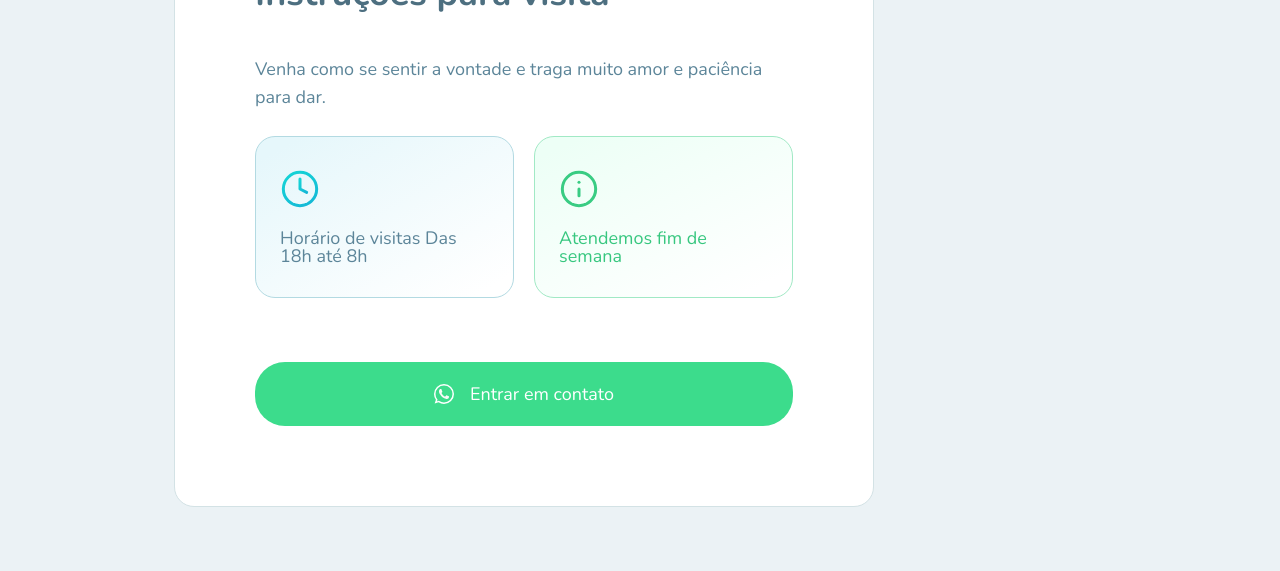
Repository: TeoNogueira/nlw3-rocketseatproject
Page: orphanage.html
These files come from the project's save history. The page is drawn as it stood at one moment and after the next save; the edit follows.
The browser window is 1280 px wide. The pictures show the part of the page from y = 1322 to 1893 px (the page is 1893 px tall before and 1792 px after).
Some web libraries are served in a nearby version.

Above is the page before, as saved 2020-10-14 14:06:40.

### orphanage.html
<!DOCTYPE html>
<html lang="en">

<head>
  <meta charset="UTF-8" />
  <meta name="viewport" content="width=device-width, initial-scale=1.0" />
  <title>Localize um Orfanato | Happy</title>

  <link rel="stylesheet" href="https://unpkg.com/leaflet@1.7.1/dist/leaflet.css"
  integrity="sha512-xodZBNTC5n17Xt2atTPuE1HxjVMSvLVW9ocqUKLsCC5CXdbqCmblAshOMAS6/keqq/sMZMZ19scR4PsZChSR7A=="
  crossorigin=""/>

  <!-- Make sure you put this AFTER Leaflet's CSS -->
 <script src="https://unpkg.com/leaflet@1.7.1/dist/leaflet.js"
   integrity="sha512-XQoYMqMTK8LvdxXYG3nZ448hOEQiglfqkJs1NOQV44cWnUrBc8PkAOcXy20w0vlaXaVUearIOBhiXZ5V3ynxwA=="
   crossorigin=""></script>


  <link rel="icon" href="/images/logo-icon.png" />
  <link rel="stylesheet" href="/css/main.css" />
  <link rel="stylesheet" href="/css/animations.css" />
  <link rel="stylesheet" href="/css/sidebar.css" />
  <link rel="stylesheet" href="/css/map.css" />
  <link rel="stylesheet" href="/css/page-orphanage.css" />
  <link href="https://fonts.googleapis.com/css2?family=Nunito:wght@400;600;700;800&display=swap" rel="stylesheet">

</head>

<body id="body">
  <div id="page-orphanage" class=""> <!--ORPHANAGE COMEÇO-->
    <aside class="animate-right sidebar">
      <img src="/images/map-marker.svg" alt="Happy" class="">


      <footer>

        <button onclick="history.back()">

          <img src="/images/arrow-back.svg" alt="Voltar" class="">
        </button>
      </footer>

    </aside>

    <main class="animate-appear with-sidebar">


      <div class="orphanage-details">

        <img src="/images/home.jpg" alt="Lar das Meninas" class="">

        <div class="images">

      <button onclick="selectImage(event)" type="button">

        <img src="https://source.unsplash.com/random?id=1" alt="Lar das Meninas" class="">

      </button>

      <button onclick="selectImage(event)" type="button">

        <img src="https://source.unsplash.com/random?id=2" alt="Lar das Meninas" class="">

      </button>

      <button onclick="selectImage(event)" type="button">

        <img src="https://source.unsplash.com/random?id=3" alt="Lar das Meninas" class="">

      </button>

      <button onclick="selectImage(event)" type="button">

        <img src="https://source.unsplash.com/random?id=4" alt="Lar das Meninas" class="">

      </button>

      <button onclick="selectImage(event)" type="button">

        <img src="https://source.unsplash.com/random?id=5" alt="Lar das Meninas" class="">

      </button>

      <button onclick="selectImage(event)" type="button">

        <img src="https://source.unsplash.com/random?id=6" alt="Lar das Meninas" class="">

      </button>

        </div><!-- Fim de images-->

        <div class="orphanage-details-content">

          <h1 class="">Lar das meninas</h1>

          <p class="">Presta assistência a crianças de 06 a 15 anos que se encontre em situação de risco e/ou
            vulnerabilidade social.

          </p>
          <div class="map-container">


            <div id="mapid"></div>
            <footer class="">
              <a href="" class="">Ver rotas no Google Maps</a>


            </footer>


          </div><!-- FIm MAP CONTAINER-->

             <hr/>
             <h2>Instruções para visita</h2>
             <p class="">Venha como se sentir a vontade e traga muito amor e paciência para dar.</p>

           <div class="open-details">

            <div class="hour">
              <img src="/images/clock.svg" alt="Horários" class="">
                 Horário de visitas Das 18h até 8h
            </div>

            <div class="open-on-weekends">
              <img src="/images/info.svg" alt="Informações" class="">
              Atendemos
              fim de semana

            </div> <!-- FIm do open on weekends-->



           </div><!-- FIm do Open details-->


           <button class="primary-button" type="button">

                     <img src="/images/whatsapp.svg" alt="Chamar no Whatsapp">
             Entrar em contato

           </button>




        </div><!-- FIm do ORPHANAGE DETAILS CONTENT-->


      </div><!-- FIm do ORPHANAGE DETAILS-->

    </main>





  </div><!--ORPHANAGE FIM-->


<script src="/scripts/page-orphanage.js"></script>


</body>

</html>

<!-- Hello World Hypertext >> são textos que contém links


    markup = marcações de tags
    -->

### public/css/main.css
* {
  margin: 0;
  padding: 0;
  box-sizing: border-box;
}

:root {
  font-size: 62.5%;
}
/* através do "ROOTEM" ou "rem" posso criar um root de tamanhos de pixels pre-configurados por mim mesmo*/

body {
  height: 100vh;
  color: white;
  background: #ebf2f5;
}

body,
button,
input,
textarea {
  /*
    font-size: 1.1em;
    font-family: 'Nunito', sans-serif;
    line-height: 1;
    font-weight: 400;*/
  font: 400 1.8rem/1 "Nunito", sans-serif;
}

### public/css/animations.css
/* Animações  ----*/

@keyframes up {
  from {
    opacity: 0;
    transform: translateY(16px);
  }

  to {
    opacity: 1;
    transform: translateX(0);
  }
}

@keyframes right {

from { transform: translateX(-100%);


}

to {

           transform: translateX(0);

}


}


@keyframes appear { from { opacity:0;




}

to { opacity:1;


}

}







.animate-up {
  animation-name: up;
  animation-duration: 300ms;
  animation-fill-mode: backwards;
}

.animate-right {


  animation-name: right;
  animation-duration: 300ms;
}



.animate-appear { animation-name: appear;

animation-duration: 300ms;
animation-fill-mode: backwards;
}
/* Animações FIM ----*/

### public/css/sidebar.css

aside.sidebar {

    position: fixed;
    height: 100%;
    padding: 3.2rem 2.4rem; /* 32 px e 24 px*/
    background: #15c3d6;

    display: flex;
    flex-direction: column;
    justify-content: space-between;
    align-items: center;
    }


    aside.sidebar footer button {

    width: 4.8rem;
    height: 4.8rem;
    border: none;
    background: #12afcb;
    border-radius: 16px;
    cursor: pointer;

    display: flex;
    align-items: center;
    justify-content: center;

    transition: background-color 0.2s;

    }

    aside.sidebar footer button:hover { background: #17d6eb;}




    .with-sidebar { padding-left: 110px;}

### public/css/map.css
/* mapa container */


.map-container { margin-top: 6.4rem;

    background: #e6f7fb;

    border: 1px solid #b3dae2;

    border-radius: 2rem;


}

#mapid {
    width: 100%;
    height: 28rem;



}

.map-container footer { padding: 2rem;
    text-align: center;

}


.map-container footer a {

color: #0089a5;
text-decoration: none;

}


.map-container .leaflet-container {

border-bottom: 1px solid #dde3f0;

border-radius: 2rem;



}

### public/css/page-orphanage.css
#page-orphanage {

    display:flex;
    min-height: 100vh;

}




main { flex: 1;

}


/* ORPHANAGE DETAILS */

.orphanage-details {

width: 70rem;
margin: 6.4rem;
background: white;
border: 1px solid #d3e2e5;

border-radius: 2rem;
overflow: hidden;

}


.orphanage-details > img { width: 100%;
    height: 30rem;
object-fit: cover;


}

.images {

    display: grid;
     grid-template-columns: repeat(6, 1fr);
     column-gap: 1.6rem;
     margin: 16px 40px 0;

}

.images button { border: 0;
background: none;
cursor: pointer;
border-radius: 2rem;
overflow: hidden;
opacity: 0.6;

transition: opacity 200ms;
}

.images button:hover,
.images button.active {

    opacity: 1;

    }


.images button img {

width: 100%;
height: 8.8rem;
object-fit: cover;


}

/*-- .orphanage-details --*/

.orphanage-details-content {

padding: 8rem;


}

.orphanage-details-content h1 {

    text-align: center;
    color: #4d6f80;
    font-size: 5.4rem;
    line-height: 2;
    margin-bottom: 0.8rem;


}

.orphanage-details-content p {

   line-height: 1.6;

   color: #5c8599;
   margin-top: 5.4rem;



}




.orphanage-details-content hr {

width: 100%;
height: 1px;
border: 0;

background: #d3e2e6;

margin: 6.4rem 0;

}

.orphanage-details-content h2 {

    font-size: 3.6rem;
    line-height: 1.5rem;
    color: #4d6f80;



}



.open-details {

margin-top: 2.4rem;
display: grid;

grid-template-columns: 1fr 1fr;

column-gap: 2rem;


}

.open-details div { padding: 3.2rem 2.4rem;



}


.open-details img {


    display:block;

    margin-bottom: 2rem;
}


.open-details .hour {

background: linear-gradient(149.97deg, #e6f7fb 8.13%, #FFFFFF 92.67%);
color: #5c8599;
border: 1px solid #b3dae2;
border-radius: 20px;

}

.open-details .open-on-weekends {

    background: linear-gradient(154.16deg, #EDFFF6 7.85%, #FFFFFF 91.03%);
/* Green Low */
color: #37c77f;
border: 1px solid #A1E9C5;
border-radius: 20px;
}


.primary-button {

    margin-top: 6.4rem;
   height: 6.4rem;
   width: 100%;
   border: 0;

   cursor: pointer;
   background: #3cdc8c;

   border-radius: 3rem;
   color: white;
   display: flex;
   align-items: center;
   justify-content: center;

   transition: background-color .2s;


}

.primary-button:hover { background: #36cf82;



}

.primary-button img { margin-right: 1.6rem;}

### public/scripts/page-orphanage.js

const options = {

dragging: false,
touchZoom: false,
doubleClickZoom: false,
scrollWheelZoom: false,
zoomControl: false



}







//Create Map
var map = L.map('mapid', options).setView([-27.2122361,-49.6392672], 15)



//Create tileLayer

L.tileLayer('https://{s}.tile.openstreetmap.org/{z}/{x}/{y}.png'
).addTo(map);





// Create Icon

const icon = L.icon ( {

    iconUrl: "/images/map-marker.svg",

    iconSize: [58, 68],
    iconAnchor: [29, 68],
    popupAnchor: [170, 2]

})





// Create and add marker


 L

.marker([-27.2122361,-49.6392672], { icon: icon})
.addTo(map)



// image galery



function selectImage(event) {


const button = event.currentTarget


// remover todas as classes .active

const buttons = document.querySelectorAll(".images button")
buttons.forEach(removeActiveClass)

function removeActiveClass (button) {


    button.classList.remove("active")
}

// selecionar a imagem clicada

const image = button.children[0]

const imageContainer = document.querySelector(".orphanage-details > img")


// atualizar o container da image

imageContainer.src = image.src


//adicionar a classe de volta .active

button.classList.add('active')
}

After the next save:
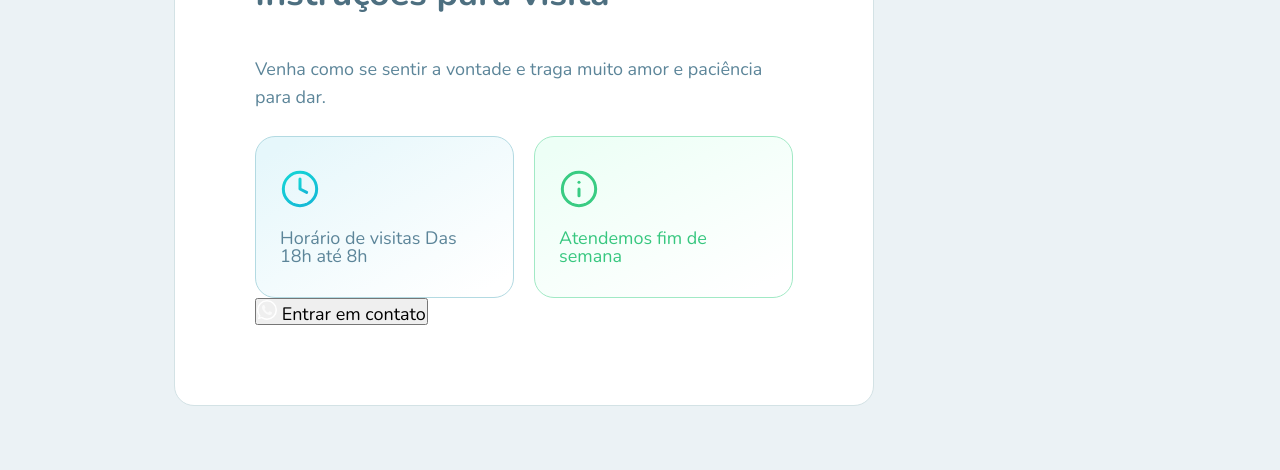
Saved 2 s later.
--- a/public/css/page-orphanage.css
+++ b/public/css/page-orphanage.css
@@ -174,33 +174,3 @@ color: #37c77f;
 border: 1px solid #A1E9C5;
 border-radius: 20px;
 }
-
-
-.primary-button {
-
-    margin-top: 6.4rem;
-   height: 6.4rem;
-   width: 100%;
-   border: 0;
-
-   cursor: pointer;
-   background: #3cdc8c;
-
-   border-radius: 3rem;
-   color: white;
-   display: flex;
-   align-items: center;
-   justify-content: center;
-
-   transition: background-color .2s;
-
-
-}
-
-.primary-button:hover { background: #36cf82;
-
-
-
-}
-
-.primary-button img { margin-right: 1.6rem;}
